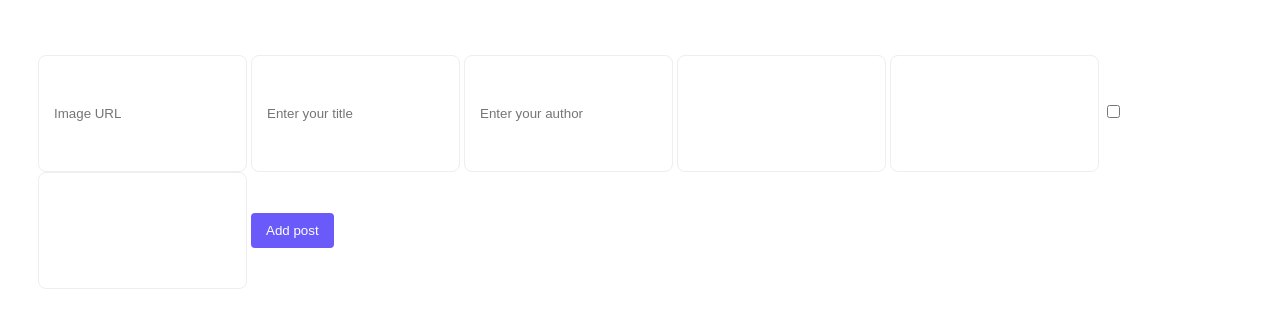
Repository: thuan711/All-about-JS
Page: api/api.html
An editor plug-in stored every save of this project. The page is shown before and after the next save, followed by the edit.
The browser window is 1280 px wide. The pictures show the whole page.

Above is the page before, as saved 2023-01-22 21:23:54.

After the next save:
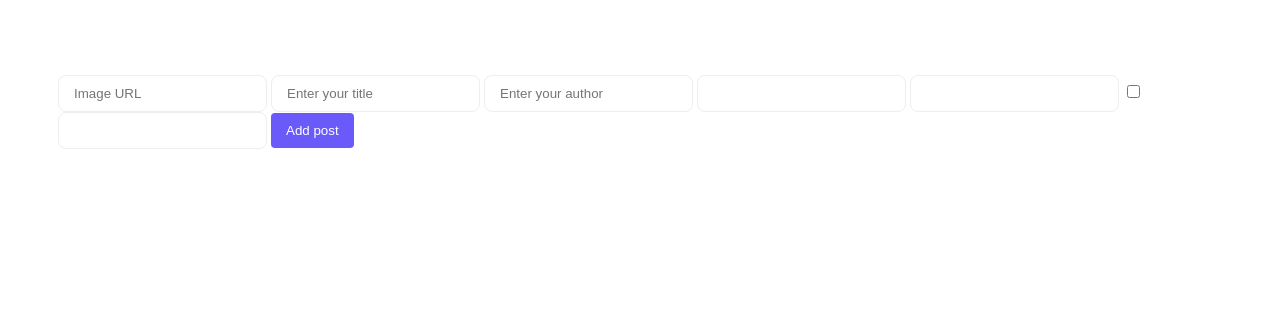
Saved 10 s later.
--- a/api/api.html
+++ b/api/api.html
@@ -117,10 +117,10 @@
             justify-content: center;
             gap: 0 25px;
             margin: 25px auto;
-            padding: 30px;
+            padding: 50px;
           }
           .form-post input{
-            padding: 50px 15px;
+            padding: 10px 15px;
             border: 1px solid #eee;
             border-radius: 8px;
           }
